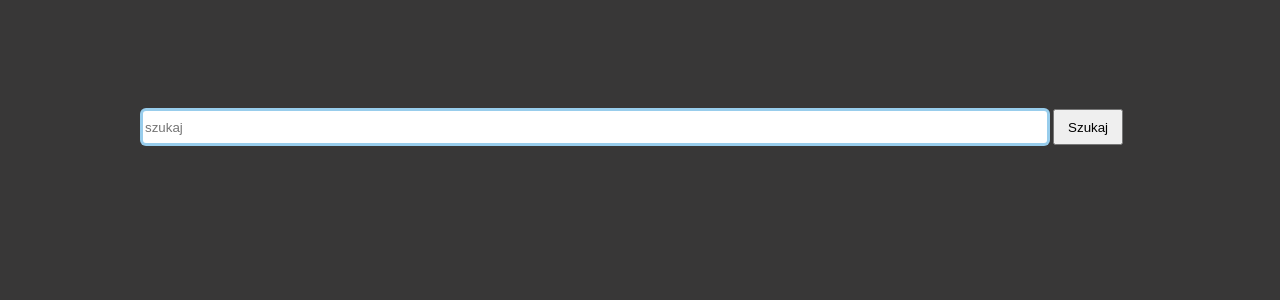
Repository: kq333/wyszukiarka-filmowa
Page: index.html
These files come from the project's save history. The page is drawn as it stood at one moment and after the next save; the edit follows.
The browser window is 1280 px wide. The pictures show the whole page.
The style sheet was rebuilt from its Sass, Less or Tailwind sources for each picture, by a compiler version that may differ from the author's.

Above is the page before, as saved 2021-01-20 23:11:09.

### index.html
<!DOCTYPE html>
<!--[if lt IE 7]>      <html class="no-js lt-ie9 lt-ie8 lt-ie7"> <![endif]-->
<!--[if IE 7]>         <html class="no-js lt-ie9 lt-ie8"> <![endif]-->
<!--[if IE 8]>         <html class="no-js lt-ie9"> <![endif]-->
<!--[if gt IE 8]>      <html class="no-js"> <!--<![endif]-->
<html>
    <head>
        <meta charset="utf-8">
        <meta http-equiv="X-UA-Compatible" content="IE=edge">
        <title></title>
        <meta name="description" content="">
        <meta name="viewport" content="width=device-width, initial-scale=1">
        <link rel="stylesheet" href="style/style.css">
        <link rel="preconnect" href="https://fonts.gstatic.com">
        <link href="https://fonts.googleapis.com/css2?family=Lato:wght@100;400&display=swap" rel="stylesheet">
        <link rel="stylesheet" href="https://cdnjs.cloudflare.com/ajax/libs/font-awesome/4.7.0/css/font-awesome.min.css">
    </head>


    <body>
        <!--[if lt IE 7]>
            <p class="browsehappy">You are using an <strong>outdated</strong> browser. Please <a href="#">upgrade your browser</a> to improve your experience.</p>
        <![endif]-->

        <main>
            <div id="container">
                    <div class="searchBar">
                        <input id="search" type="text" placeholder="szukaj" onfocus="this.value=''">
                        <button id="btn">Szukaj</button>
                    </div>

                        <div class="movieTitle"></div>

                            <div class="mainContent">
                                <div class="leftSide">
                                    <div class="poster"></div>
                                </div>

                                    <div class="rightSide">
                                        <div class="director">
                                            <span class="NameD"></span>
                                            <span class="DirectorName"></span>
                                        </div>
                                            <div class="Actors">
                                                <span class="NameA"></span>
                                                <span class="ActorsName"></span>
                                            </div>
                                                <div class="Country">
                                                    <span class="NameC"></span>
                                                    <span class="CountryName"></span>
                                                </div>
                                                    <div class="Year">
                                                        <span class="NameY"></span>
                                                        <span class="YearName"></span>
                                                    </div>
                                                        <div class="Genre">
                                                            <span class="NameG"></span>
                                                            <span class="GenreName"></span>
                                                        </div>
                                                            <div class="Plot">
                                                                <span class="NameP"></span>
                                                                <span class="PlotName"></span>
                                                            </div>
                                                                <div class="Rating">
                                                                    <span class="NameR"></span>
                                                                    <span class="RatingName"></span>
                                                                </div>
                                    </div>
                            </div>
            </div>

            <footer>
                <div class="description"></div>
            </footer>
        </main>

        <script src="script.js" async>

        </script>
    </body>
</html>

### script.js
const btn = document.getElementById("btn");

btn.addEventListener('click', ()=>{

    let search = document.getElementById("search").value;


  /*  function validateForm() {
        const x = document.getElementById("search").value;
        if (x == "") {


          return false;
        }
      }

      validateForm()


*/


 document.querySelector(".poster").innerHTML ="";


 const url =   'http://www.omdbapi.com/?apikey=7bd5b2c8&t=';

  const result  = url + search;
  fetch(result)

  .then((res)=>{
      return res.json();
  })

  .then((data)=>{
     document.querySelector(".movieTitle").innerHTML = data.Title;
     document.querySelector(".NameD").innerHTML = "Reżyseria:";
     document.querySelector(".DirectorName").innerHTML = data.Director;
     document.querySelector(".NameA").innerHTML = "Występują:";
     document.querySelector(".ActorsName").innerHTML = data.Actors;
     document.querySelector(".NameC").innerHTML = "Kraj:";
     document.querySelector(".CountryName").innerHTML = data.Country;
     document.querySelector(".NameY").innerHTML = "Rok:";
     document.querySelector(".YearName").innerHTML = data.Released;
     document.querySelector(".NameG").innerHTML = "Gatunek:";
     document.querySelector(".GenreName").innerHTML = data.Genre;
     document.querySelector(".NameP").innerHTML = "Opis:";
     document.querySelector(".PlotName").innerHTML = data.Plot;
     document.querySelector(".NameR").innerHTML = "Ocena Imdb:";
     document.querySelector(".RatingName").innerHTML = data.imdbRating;




    let poster = data.Poster;

      createImage = () =>{
          const elem = document.createElement("img")
          document.querySelector(".poster").appendChild(elem);
          elem.src = poster;
      }
      createImage();
  })

 .catch((error)=>{
     alert(error)
 });





});

### style/style.scss
body{
    background-color: rgba(7, 6, 6, 0.8);
    font-family: 'Lato', sans-serif;
}

@mixin NameProperty{
    text-transform: uppercase;
    font-size: 20px;
    font-weight: bold;
    letter-spacing: 2px;
    color:rgba(143, 140, 140, 0.329);


}

@mixin rightSideProperty{
    text-transform: uppercase;
    font-size: 20px;
    color: rgba(143, 136, 136, 0.726);

}

@mixin description{
    height: auto;
    width: auto;
    margin-bottom: 10px;

}


#container{
    width:1000px;
    height: auto;
    margin:auto;
    display:grid;
    grid-template-columns: auto;
    grid-template-areas:"searchBar"
                        "movieTitle"

                        ;





.searchBar{
    grid-area:searchBar;
    margin:auto;
    margin-top:100px;
    width:1000px;

    #search{
        width: 90%;
        height: 30px;
        border-radius: 6px;
        border:3px solid rgba(84, 172, 223, 0.6);
        position:relative;

        &::after{
            content:"asasasasassaa";
            position:absolute;
            width: 50px;
            height: 50px;
            color:rgb(235, 56, 32);
            margin-left:100px;


        }





    }

    #btn{
        width: 70px;
        height: 36px;
        cursor: pointer;
    }


}

.movieTitle{
    grid-area: movieTitle;
    margin:auto;
    margin-top:50px;
    margin-bottom: 50px;
    font-size: 60px;
    letter-spacing: 6px;
    text-transform: uppercase;
    color:rgba(107, 105, 105, 0.747);

}


.mainContent{
    width:1000px;
    margin:auto;
    display:grid;
    gap:10px;
    grid-template-columns: 40% 60%;
    grid-template-areas:"leftSide rightSide" ;


    .leftSide{
        grid-area:leftSide;

        .poster{
            width:auto;
            margin-left: 20px;

            img{
                width:auto;
                height:50vh;
            }

        }

    }


    .rightSide{

        grid-area:rightSide;
        margin:auto;



        .director{
            @include description;


            .NameD{

                @include NameProperty;

            }

            .DirectorName{
                @include rightSideProperty;


            }
        }

        .Actors{
            @include description;


            .NameA{

                @include NameProperty;

            }

            .ActorsName{
                @include rightSideProperty;


            }
        }

        .Country{
            @include description;

            .NameC{

                @include NameProperty;

            }

            .CountryName{
                @include rightSideProperty;


            }
        }

        .Year{
            @include description;

            .NameY{

                @include NameProperty;

            }

            .YearName{
                @include rightSideProperty;


            }
        }

        .Genre{
            @include description;

            .NameG{

                @include NameProperty;

            }

            .GenreName{
                @include rightSideProperty;


            }
        }

        .Plot{
            @include description;

            .NameP{

                @include NameProperty;

            }

            .PlotName{
                @include rightSideProperty;


            }
        }

        .Rating{
            @include description;

            .NameR{

                @include NameProperty;

            }

            .RatingName{
                @include rightSideProperty;


            }
        }
    }
}
};

After the next save:
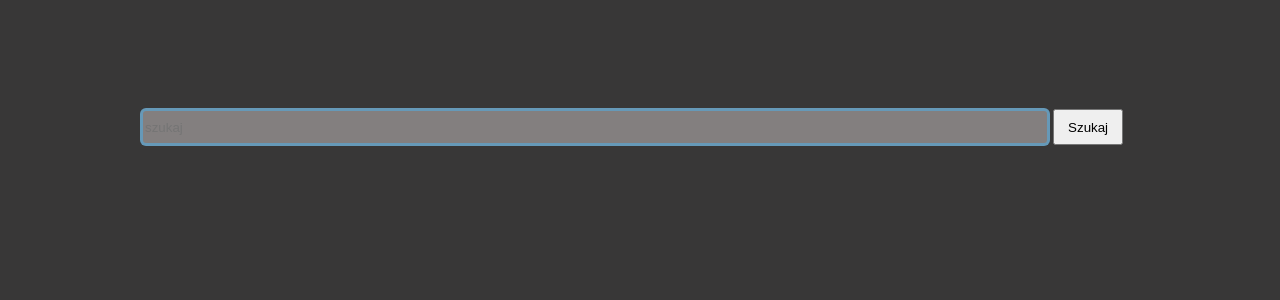
Saved 105 s later.
--- a/style/style.scss
+++ b/style/style.scss
@@ -54,6 +54,7 @@ body{
         height: 30px;
         border-radius: 6px;
         border:3px solid rgba(84, 172, 223, 0.6);
+        background-color: rgba(150, 145, 145, 0.801);
         position:relative;
 
         &::after{
